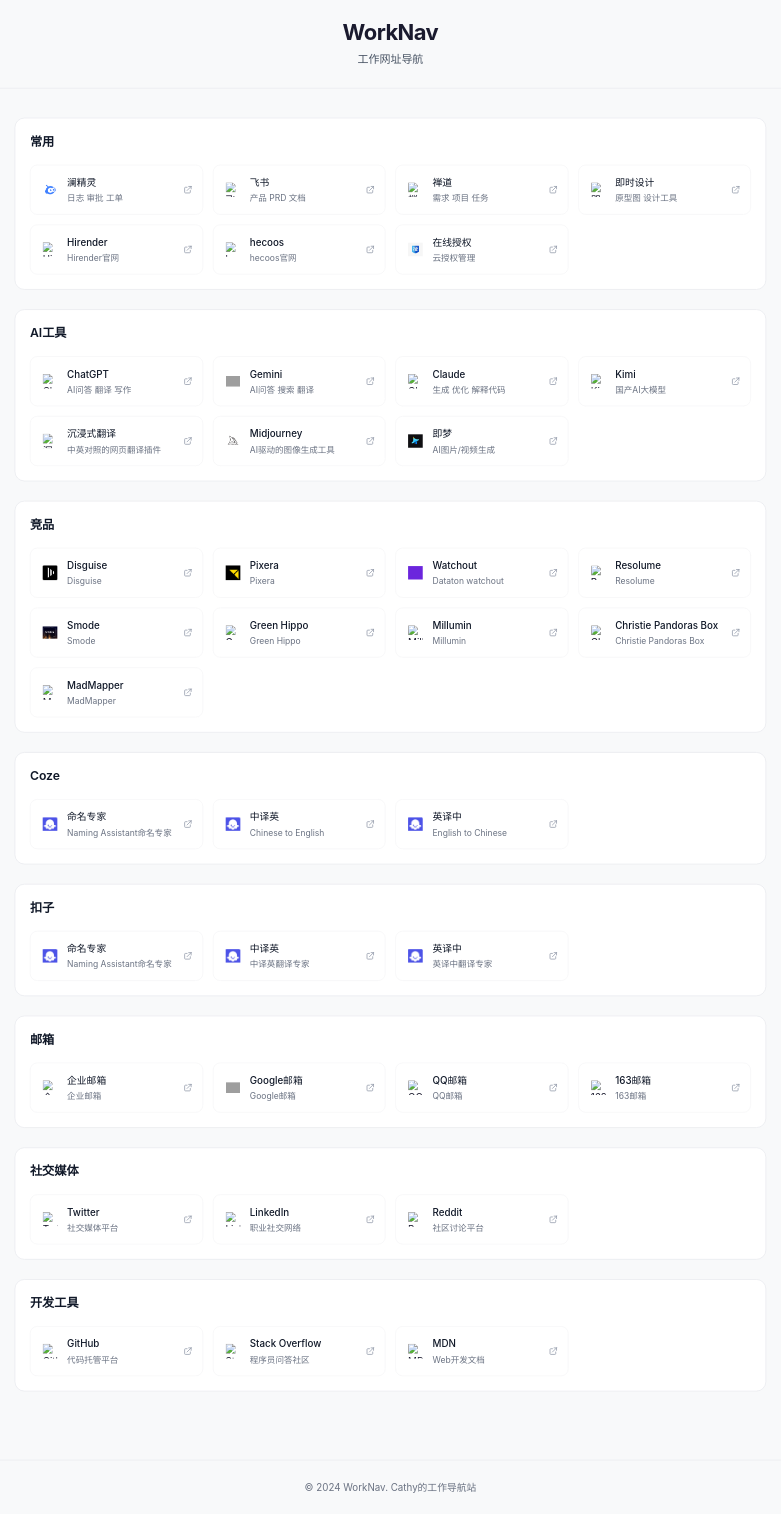
Repository: SweetPomelo0/WorkNav
Page: /
An editor plug-in stored every save of this project. The page is shown before and after the next save, followed by the edit.
The browser window is 1280 px wide. The pictures show the whole page, at 61% of full size.
Pictures or frames that could not be fetched are drawn as grey boxes. The project was rebuilt for these pictures with package versions that can differ from the ones it lists, and the page was loaded fresh each time. The framework's server and built-in components were replaced by stand-ins that run in the browser. Also part of the build but not shown: next.config.ts.

Above is the page before, as saved 2025-07-26 19:09:23.

After the next save:
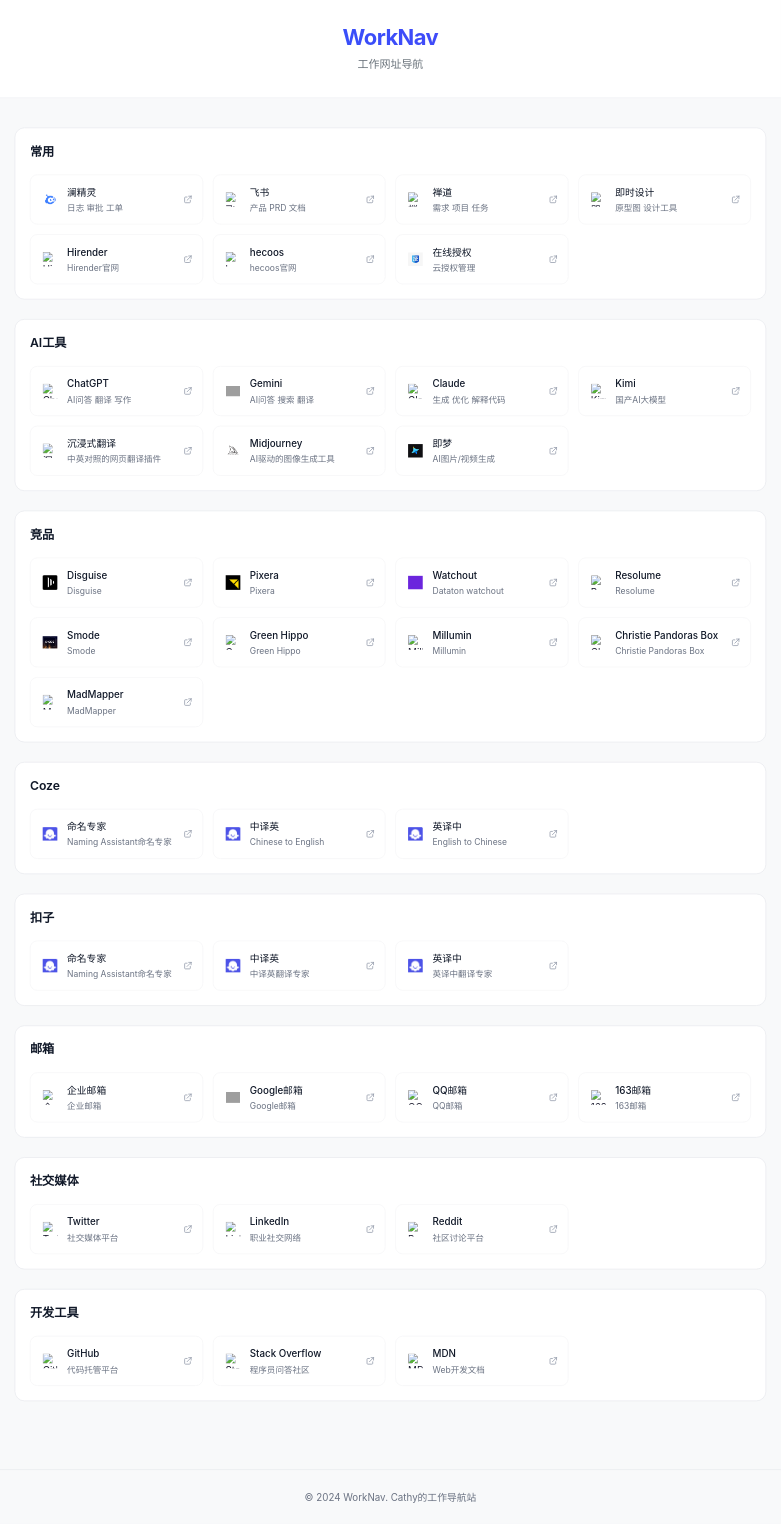
Saved 9 s later.
--- a/src/app/page.tsx
+++ b/src/app/page.tsx
@@ -86,13 +86,13 @@
   ];
 
   return (
-    <div className="min-h-screen bg-background text-foreground">
+    <div className="min-h-screen" style={{ background: 'var(--background)', color: 'var(--text-primary)' }}>
       {/* Header */}
-      <header className="border-b border-gray-200 dark:border-gray-800">
-        <div className="max-w-7xl mx-auto px-6 py-8">
+      <header style={{ background: 'var(--header-bg)', borderBottom: '1px solid var(--card-border)' }}>
+        <div className="max-w-7xl mx-auto px-6 py-10">
           <div className="text-center">
-            <h1 className="text-4xl font-bold mb-3 tracking-tight">WorkNav</h1>
-            <p className="text-lg text-gray-600 dark:text-gray-400">工作网址导航</p>
+            <h1 className="text-4xl font-bold mb-3 tracking-tight bg-clip-text text-transparent bg-gradient-to-r from-blue-600 to-indigo-600 dark:from-blue-400 dark:to-indigo-400">WorkNav</h1>
+            <p className="text-lg" style={{ color: 'var(--text-secondary)' }}>工作网址导航</p>
           </div>
         </div>
       </header>
